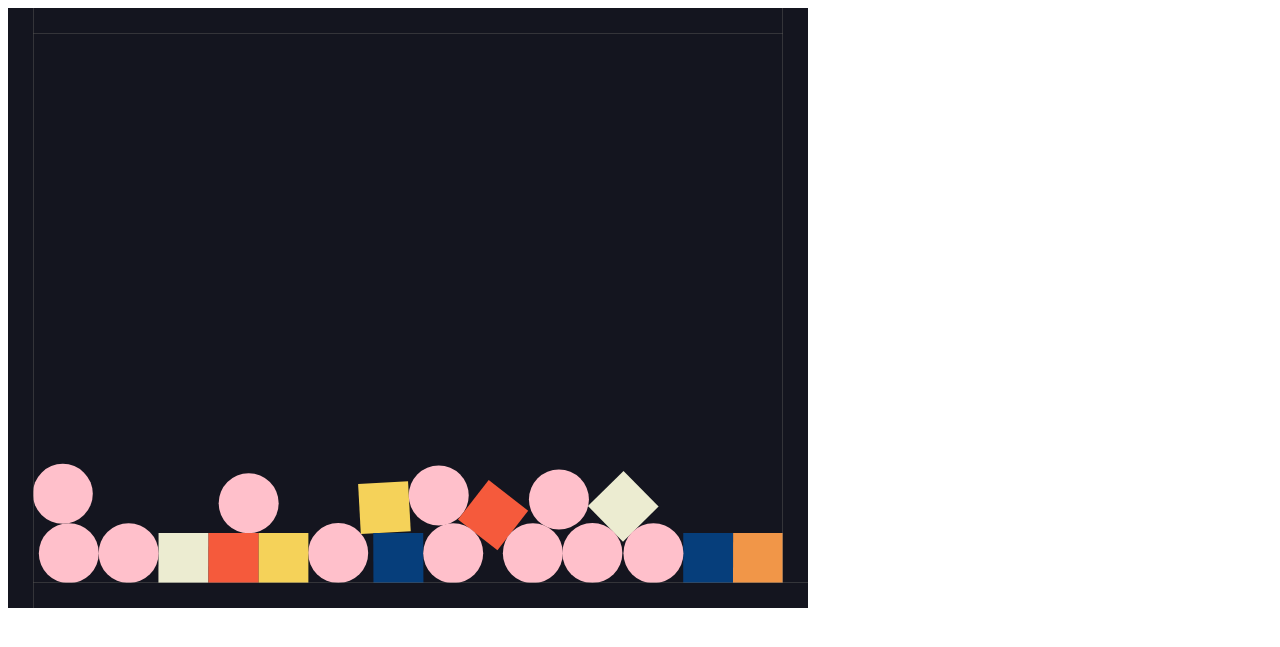
Repository: Sbethm/maze-runner
Page: index.html
These files come from the project's save history. The page is drawn as it stood at one moment and after the next save; the edit follows.
The browser window is 1280 px wide. The pictures show the whole page.
Some web libraries are served in a nearby version.

Above is the page before, as saved 2021-10-04 10:07:56.

### index.html
<!DOCTYPE html>
<html lang="en">
<head>
    <meta charset="UTF-8">
    <meta http-equiv="X-UA-Compatible" content="IE=edge">
    <meta name="viewport" content="width=device-width, initial-scale=1.0">
    <script src="https://cdnjs.cloudflare.com/ajax/libs/matter-js/0.17.1/matter.min.js"></script>
    <title>Maze Runner</title>
</head>
<body>

    <script src="app.js"></script>
</body>
</html>

### app.js

//====== Building Canvas
const { Engine, World, Runner, Render, Bodies, MouseConstraint, Mouse} = Matter;

const width = 800;
const height = 600;

const engine = Engine.create();
const {world} = engine;
const render = Render.create({
    element: document.body,
    engine: engine,
    options: {
        wireframes: false,
        width,
        height
    }
});
Render.run(render);
Runner.run(Runner.create(), engine);

World.add(world, MouseConstraint.create(engine, {
    mouse: Mouse.create(render.canvas)
}));

//====== Random Shapes in Canvas
for(let i = 0; i < 20; i++) {
    if(Math.random() > 0.5) {
        World.add(world, Bodies.rectangle(Math.random() * width, Math.random() * height, 50, 50));
    } else {
        World.add(world, Bodies.circle(Math.random() * width, Math.random() * height, 30, {
            render: {
                fillStyle: 'pink'
            }
        }));
    }
}

//====== Walls of Canvas
const walls = [
    Bodies.rectangle(400, 0, 800, 50, {isStatic: true}),
    Bodies.rectangle(800, 300, 50, 600, {isStatic: true}),
    Bodies.rectangle(400, 600, 800, 50, {isStatic: true}),
    Bodies.rectangle(0, 300, 50, 600, {isStatic: true})
];

World.add(world, walls);

After the next save:
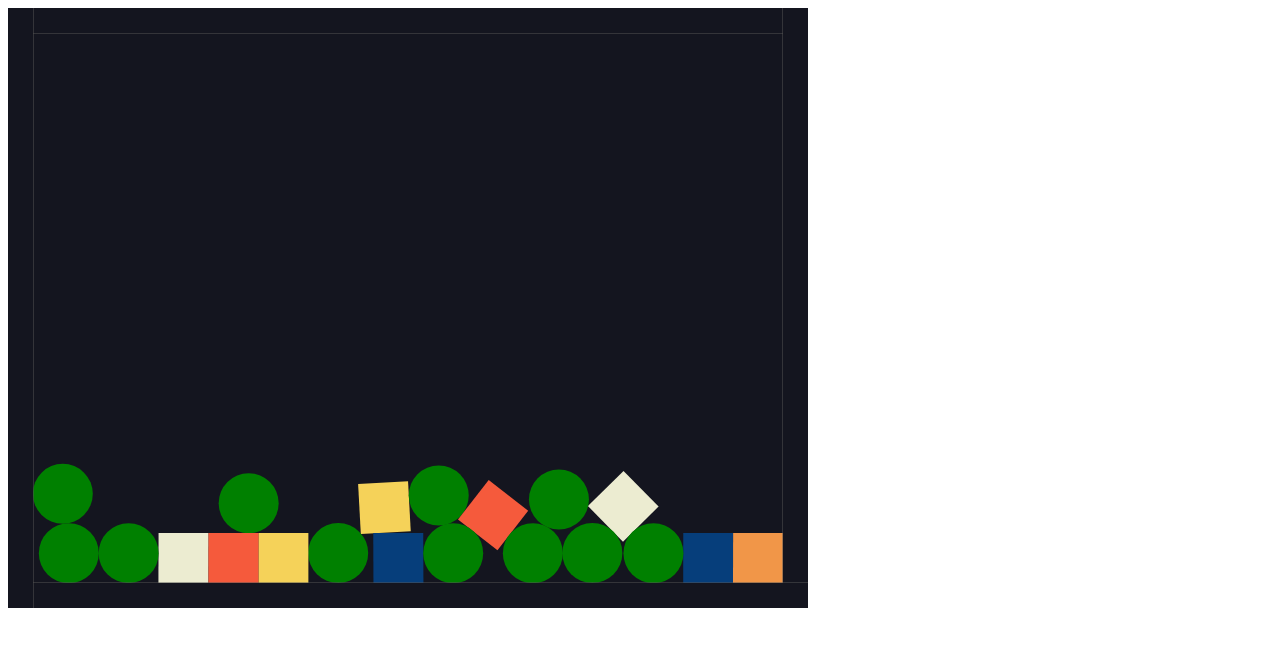
Saved 34 s later.
--- a/app.js
+++ b/app.js
@@ -30,7 +30,7 @@ for(let i = 0; i < 20; i++) {
     } else {
         World.add(world, Bodies.circle(Math.random() * width, Math.random() * height, 30, {
             render: {
-                fillStyle: 'pink'
+                fillStyle: 'green'
             }
         }));
     }
